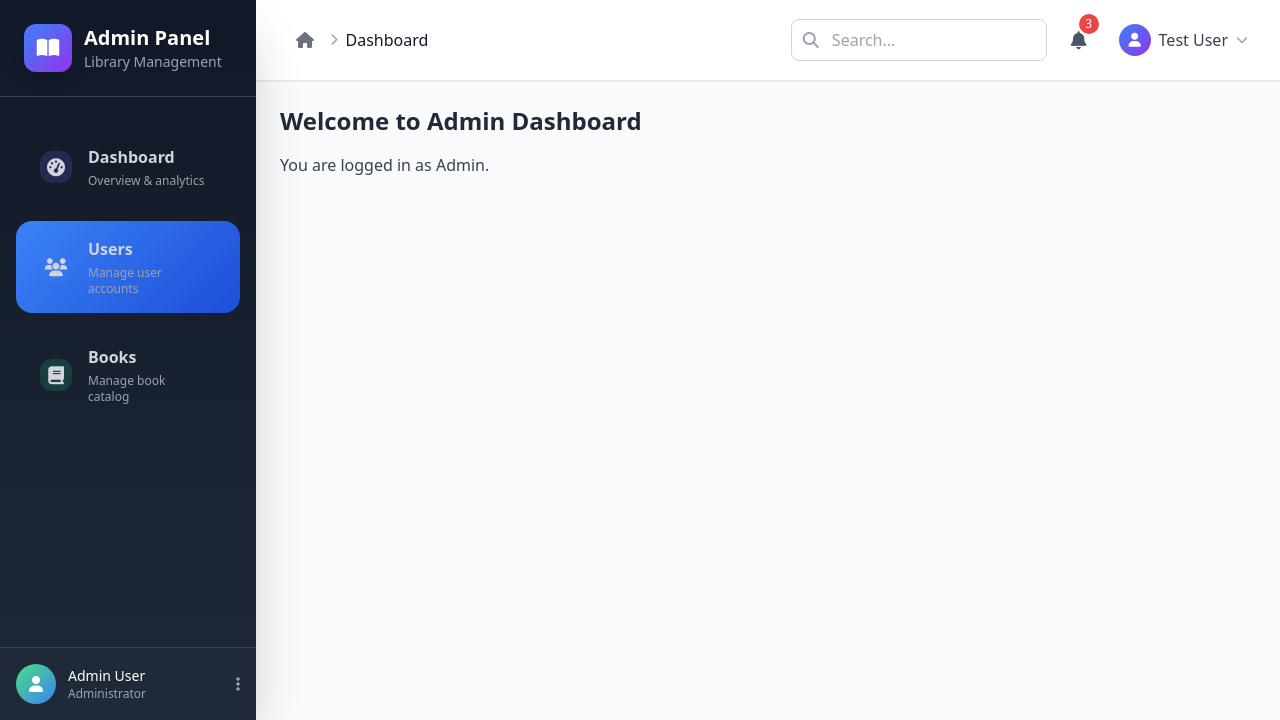
Repository: daffa-alif/lomba-NeuroGamy
Page: http://localhost/admin/dashboard
An editor plug-in stored every save of this project. The page is shown before and after a run of saves, followed by the edit.
The browser window is 1280 px wide. The pictures show the whole page.
Some web libraries are served in a nearby version. The page is served by the project's Laravel application, run on PHP 8.4 with Laravel 12. A made-up administrator, Test User (test@example.com), is signed in.

Above is the page before, as saved 2025-09-19 23:33:09.

After the next 2 saves:
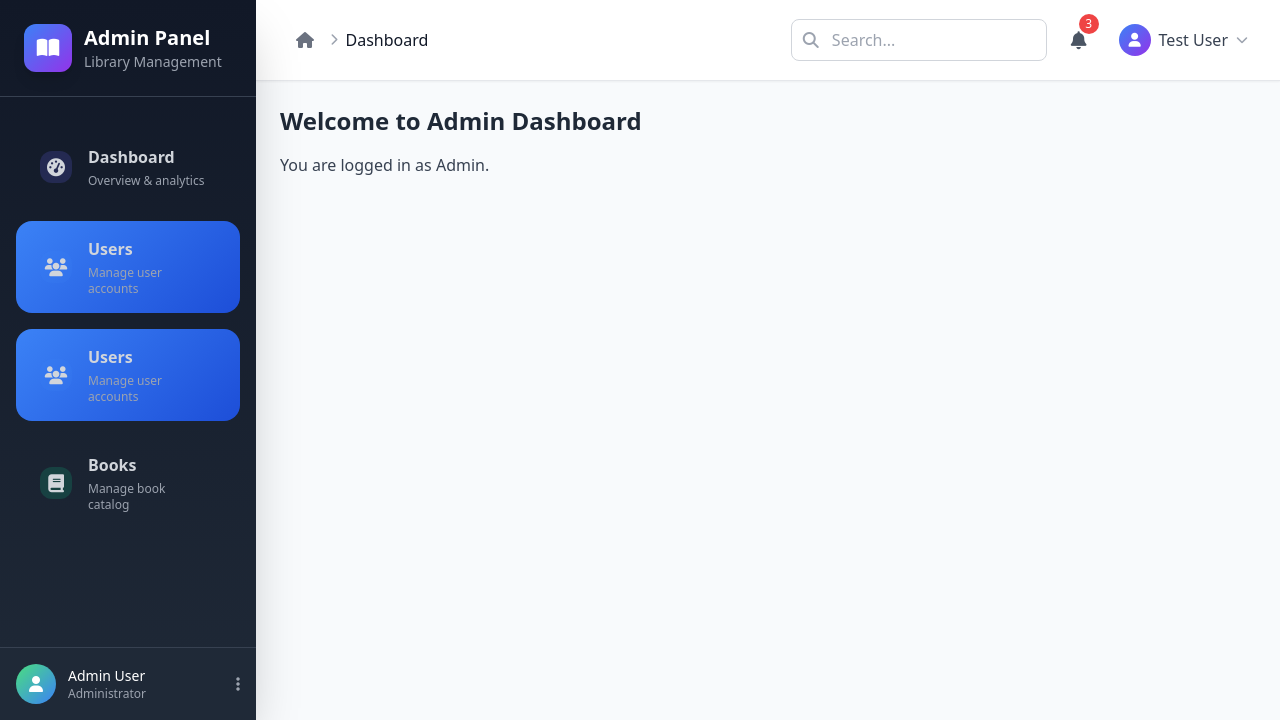
The 2 saves are shown as one change because they came seconds apart.
The last was saved 5 min 5 s later.
--- a/resources/views/Admin/AdminLayouts/app.blade.php
+++ b/resources/views/Admin/AdminLayouts/app.blade.php
@@ -70,6 +70,21 @@
                     <div class="flex-1">
                         <span class="font-semibold text-base">Dashboard</span>
                         <p class="text-xs text-gray-400 group-hover:text-indigo-100 mt-1">Overview & analytics</p>
+                    </div>
+                    <div class="ml-auto opacity-0 group-hover:opacity-100 transition-all duration-300 transform translate-x-2 group-hover:translate-x-0">
+                        <i class="fas fa-chevron-right text-sm"></i>
+                    </div>
+                </a>
+
+                <!-- Users -->
+                <a href="#"
+                   class="nav-item group flex items-center px-6 py-4 text-gray-300 rounded-2xl hover:bg-gradient-to-r hover:from-blue-600 hover:to-purple-600 hover:text-white transition-all duration-300 transform hover:scale-105 hover:shadow-xl nav-active">
+                    <div class="w-8 h-8 mr-4 flex items-center justify-center bg-blue-500 bg-opacity-20 rounded-xl group-hover:bg-opacity-30 transition-all duration-300">
+                        <i class="fas fa-users text-lg"></i>
+                    </div>
+                    <div class="flex-1">
+                        <span class="font-semibold text-base">Users</span>
+                        <p class="text-xs text-gray-400 group-hover:text-blue-100 mt-1">Manage user accounts</p>
                     </div>
                     <div class="ml-auto opacity-0 group-hover:opacity-100 transition-all duration-300 transform translate-x-2 group-hover:translate-x-0">
                         <i class="fas fa-chevron-right text-sm"></i>
